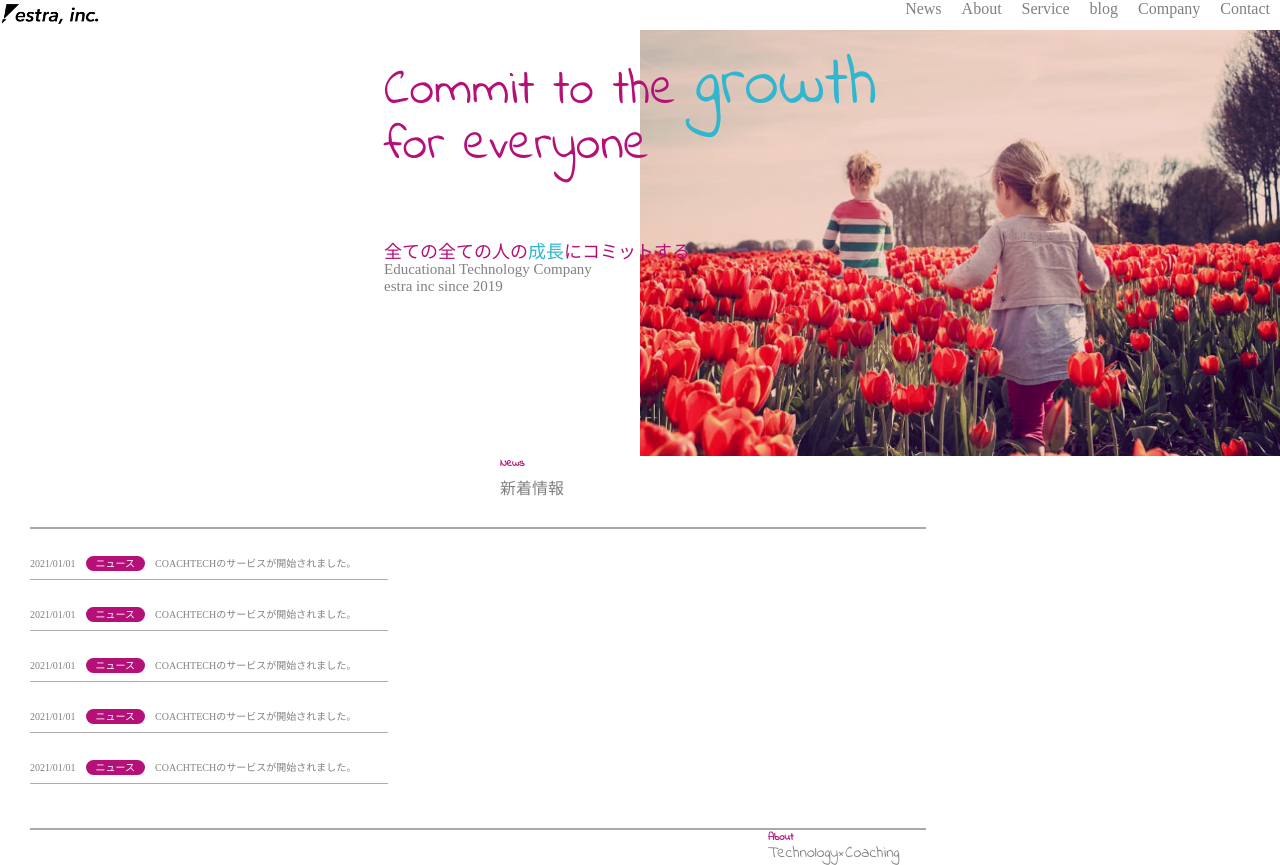
Repository: sigemasaasuka/20210902
Page: index.html
An editor plug-in stored every save of this project. The page is shown before and after a run of saves, followed by the edit.
The browser window is 1280 px wide. The pictures show the whole page.

Above is the page before, as saved 2021-09-20 16:23:46.

### index.html
<!DOCTYPE html>
<html lang="ja">

<head>
  <meta charset="UTF-8">
  <meta name="viewport" content="width=device-width, initial-scale=1.0">
  <title>Document</title>
  <link rel="stylesheet" href="css/style.css">
  <link rel="stylesheet" href="css/reset.css">
  <link rel="preconnect" href="https://fonts.googleapis.com">
  <link rel="preconnect" href="https://fonts.gstatic.com" crossorigin>
  <link href="https://fonts.googleapis.com/css2?family=Indie+Flower&display=swap" rel="stylesheet">
</head>

<body>
  <div class="flex">
    <div class="logo">
    <img src="img/img/estra_logo.png" alt="estra_logo" width="100px" height="30px">
    </div>
    <div class="parent">
      <div class="child">News</div>
      <div class="child">About</div>
      <div class="child">Service</div>
      <div class="child">blog</div>
      <div class="child">Company</div>
      <div class="child">Contact</div>

    </div>
  </div>
  <div class="relative">
    <img class="relative__img" src="img/img/firstview.jpg" alt="firstview">
    <div class="example">
      <h1>Commit to the <span class="document"> growth</span> <br>for everyone</h1>
    </div>
      <div class="second">
        <h3>全ての全ての人の<span class="second-txt">成長</span>にコミットする</h3>
        <p class="subtitle">Educational Technology Company<br>estra inc since 2019</p>
      </div>
    </div>
    <div class="smlltitle">
    <h6>News</h6>
    </div>
    <div class="list">
      <h3>新着情報</h3>
    </div>
    <div class="local">
      <div class="info">
      <p>
        2021/01/01　<a class="practice__btn">ニュース</a>　COACHTECHのサービスが開始されました。
      </p>
      </div>
      <div class="info">
        <p>
          2021/01/01　<a class="practice__btn">ニュース</a>　COACHTECHのサービスが開始されました。
        </p>
      </div>
      <div class="info">
        <p>
          2021/01/01　<a class="practice__btn">ニュース</a>　COACHTECHのサービスが開始されました。
        </p>
      </div>
      <div class="info">
        <p>
          2021/01/01　<a class="practice__btn">ニュース</a>　COACHTECHのサービスが開始されました。
        </p>
      </div>
      <div class="info">
        <p>
          2021/01/01　<a class="practice__btn">ニュース</a>　COACHTECHのサービスが開始されました。
        </p>
      </div>
  　</div>
  <div class="smlltitle-2">
    <h6>About</h6>
    <div class="list-2">
      <h3>Technology×Coaching</h3>
    </div>

</body>

</html>

### css/style.css
.img {
  text-align: left;
}

.parent {
  display: flex;
  justify-content: space-between;
  color: gray;
}

.child {
  margin: 0 10px;
  font-weight: lighter;
}

.logo {
  width: 100px;
}
.flex {
  display: flex;
  justify-content: space-between;
  height: 30px;
}

.relative {
  position: relative;
}

.relative__img {
  margin: 0 0 0 auto;
  display: block;
  width: 50%;
}

.example {
  position: absolute;
  top: 5%;
  left: 30%;
  font-size: 50px;
  color: #b41078;
  font-family: "Indie Flower", cursive;
}

.document {
  top: 5%;
  left: 30%;
  font-size: 70px;
  color: #30b6cf;
  font-family: "Indie Flower", cursive;
}

.second {
  position: absolute;
  top: 50%;
  left: 30%;
  font-size: 18px;
  color: #b41078;
}

.second-txt {
  top: 50%;
  left: 30%;
  font-size: 18px;
  color: #30b6cf;
}

.subtitle {
  margin: 0;
  font-size: 15px;
  color: gray;
  font-weight: lighter;
}

.smlltitle {
  color: #b41078;
  font-family: "Indie Flower", cursive;
  margin-left: 500px;
}

.list {
  color: gray;
  margin-left: 500px;
  margin-top: 10px;
}

.local {
  margin-top: 30px;
  margin-left: 30px;
  margin-right: 30px;
  border-color: rgb(170, 168, 168);
  border-top: solid 2px rgb(170, 168, 168);
  border-bottom: solid 2px rgb(170, 168, 168);
  width: 70%;
}

.info {
  margin-bottom: 20px;
  border-width: 0 0 1px 0;
  border-style: solid;
  line-height: 30px;
  border-color: rgb(173, 171, 171);
  margin-top: 20px;
  padding-left: 0;
  font-size: 10px;
  color: gray;
  width: 40%;
}

.practice__btn {
  width: 100px;
  padding: 2px 10px;
  color: #fff;
  border-radius: 30px;
  background-color: #b41078;
  text-align: center;
  margin: 0 auto 0;
}

.smlltitle-2 {
  color: #b41078;
  font-family: "Indie Flower", cursive;
  margin-left: 60%;
}

.list-2 {
  color: gray;
}

### css/reset.css
@charset "UTF-8";
html,
body,
div,
span,
applet,
object,
iframe,
h1,
h2,
h3,
h4,
h5,
h6,
p,
blockquote,
pre,
a,
abbr,
acronym,
address,
big,
cite,
code,
del,
dfn,
em,
img,
ins,
kbd,
q,
s,
samp,
small,
strike,
strong,
sub,
sup,
tt,
var,
b,
u,
i,
center,
dl,
dt,
dd,
ol,
ul,
li,
fieldset,
form,
label,
legend,
table,
caption,
tbody,
tfoot,
thead,
tr,
th,
td,
article,
aside,
canvas,
details,
embed,
figure,
figcaption,
footer,
header,
hgroup,
menu,
nav,
output,
ruby,
section,
summary,
time,
mark,
audio,
video {
  margin: 0;
  padding: 0;
  border: none;
  font-style: normal;
  text-align: left;
  zoom: 1;
}
article,
aside,
details,
figcaption,
figure,
footer,
header,
hgroup,
menu,
nav,
section {
  display: block;
}
table {
  border-collapse: collapse;
  font-family: inherit;
}
h1,
h2,
h3,
h4,
h5 {
  font-size: 100%;
  font-weight: normal;
  line-height: 1;
}
input,
textarea,
select {
  font-family: inherit;
  font-size: 16px;
}
input[type="button"],
input[type="text"],
input[type="submit"] {
  -webkit-appearance: none;
  border-radius: 0;
}
textarea {
  resize: none;
  -webkit-appearance: none;
  border-radius: 0;
}
th,
td {
  border-collapse: collapse;
}
table th,
table td {
  white-space: nowrap;
}
ul,
ol {
  list-style-type: none;
}
img {
  vertical-align: text-bottom;
  vertical-align: -webkit-baseline-middle;
  max-width: 100%;
  height: auto;
  width/***/: auto;
}

After the next 2 saves:
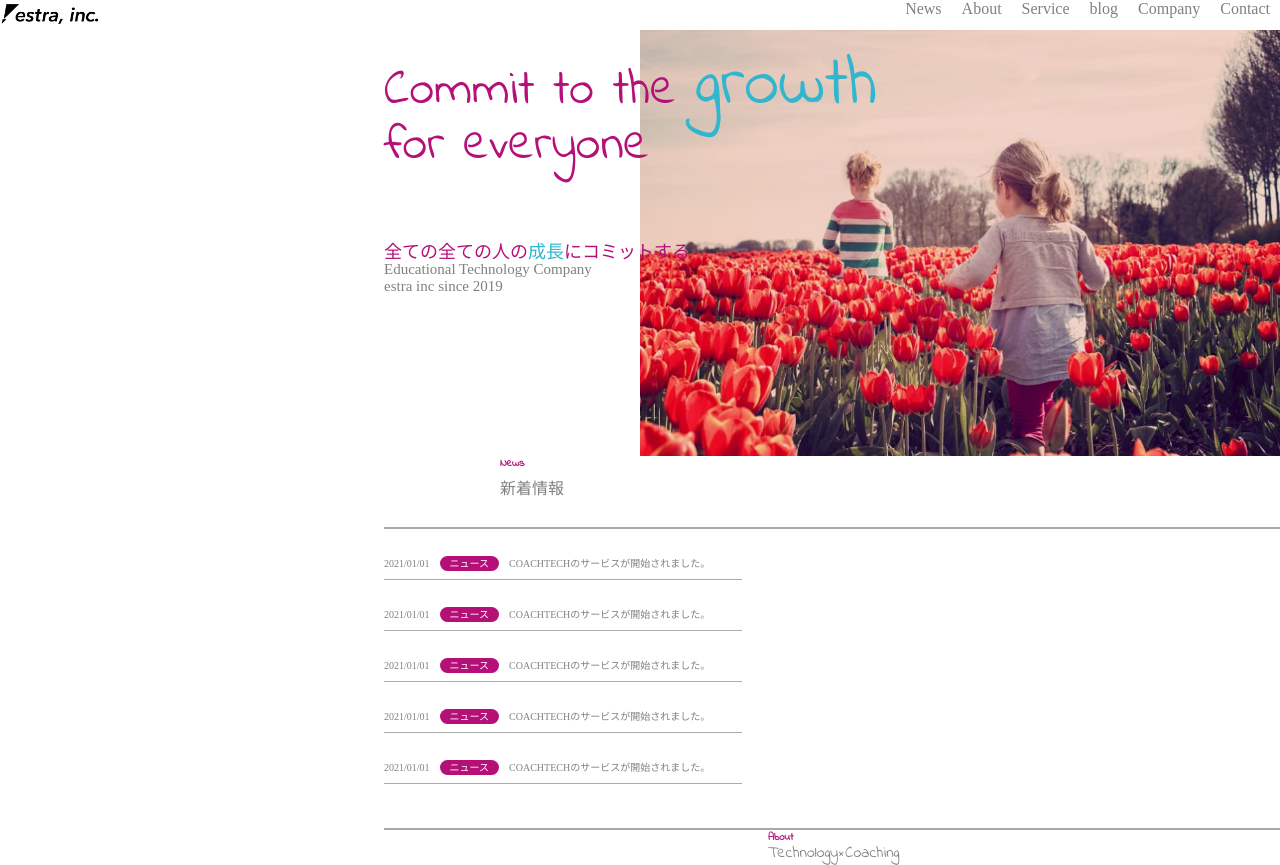
The 2 saves are shown as one change because they came seconds apart.
The last was saved 93 s later.
--- a/css/style.css
+++ b/css/style.css
@@ -85,7 +85,7 @@
 
 .local {
   margin-top: 30px;
-  margin-left: 30px;
+  margin-left: 30%;
   margin-right: 30px;
   border-color: rgb(170, 168, 168);
   border-top: solid 2px rgb(170, 168, 168);
